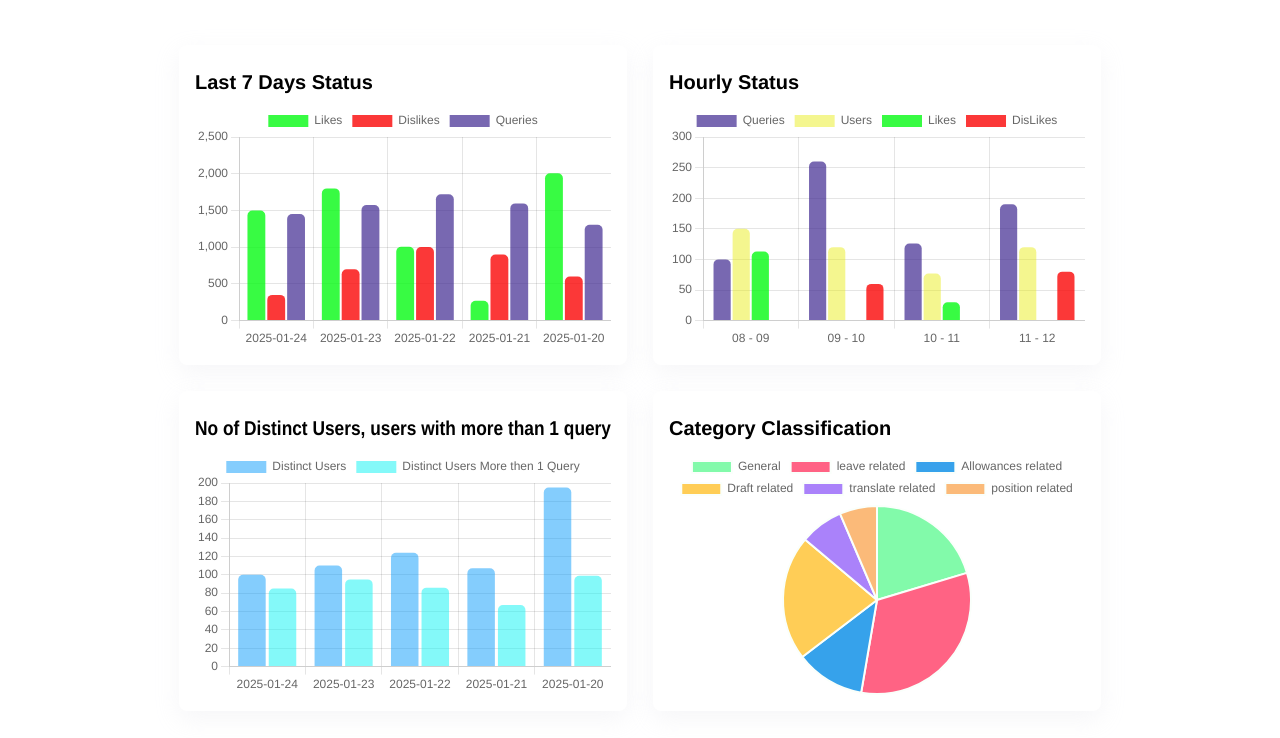
Repository: NAGARAJ-DEVELOPER/Dashboard
Page: /
The author's editor kept a copy of each file at every save. The page is drawn from the files as they stood at one save, then again after the next save.
The browser window is 1280 px wide. The pictures show the whole page.
The project was rebuilt for these pictures with package versions that can differ from the ones it lists, and the page was loaded fresh each time. Also part of the build but not shown: vite.config.js.

Above is the page before, as saved 2025-02-12 00:40:21.

After the next save:
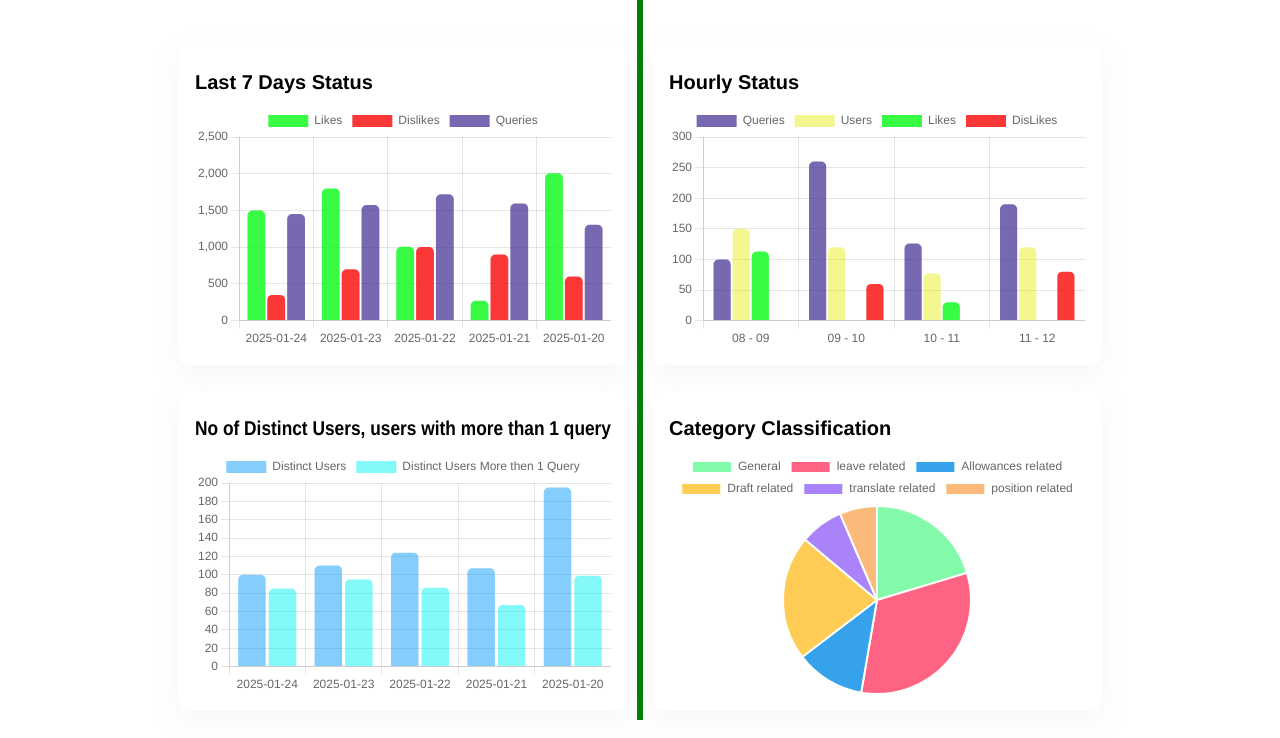
Saved 60 s later.
--- a/src/App.css
+++ b/src/App.css
@@ -13,7 +13,7 @@
 }
 .vl {
   border-left: 6px solid green;
-  width: 100%;
+  height: 100%;
   position: absolute;
   left: 50%;
   margin-left: -3px;
